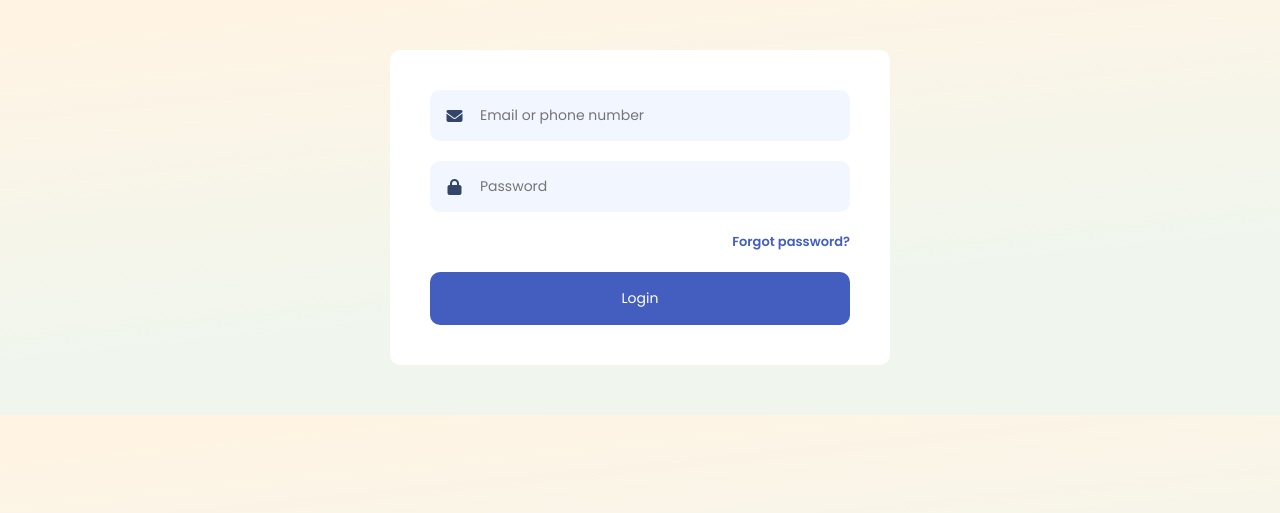
Repository: VuTuanAnh0949/loginForm
Page: index.html
These files come from the project's save history. The page is drawn as it stood at one moment and after the next save; the edit follows.
The browser window is 1280 px wide. The pictures show the whole page.

Above is the page before, as saved 2022-04-15 21:06:00.

After the next save:
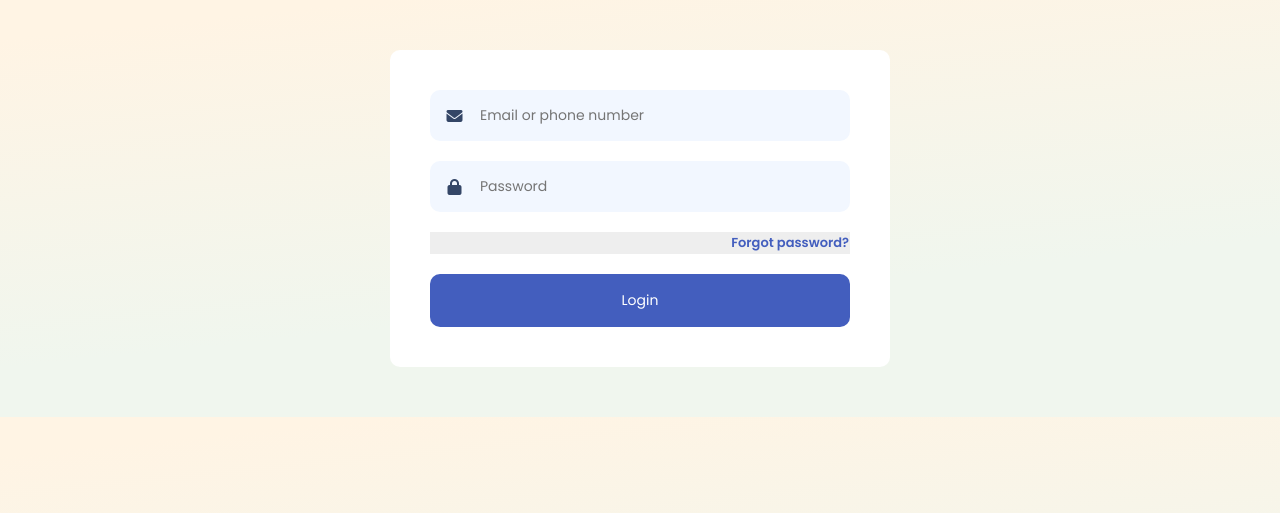
Saved 23 s later.
--- a/style.css
+++ b/style.css
@@ -60,6 +60,8 @@ border-radius: 10px;
   font-size: 13px;
   font-weight: 600;
   color: #435ebe;
+  border: 1px solid #eee;
+  background-color: #eee;
 }
 .login__forgot--password:focus{
   border-color: #eee;
